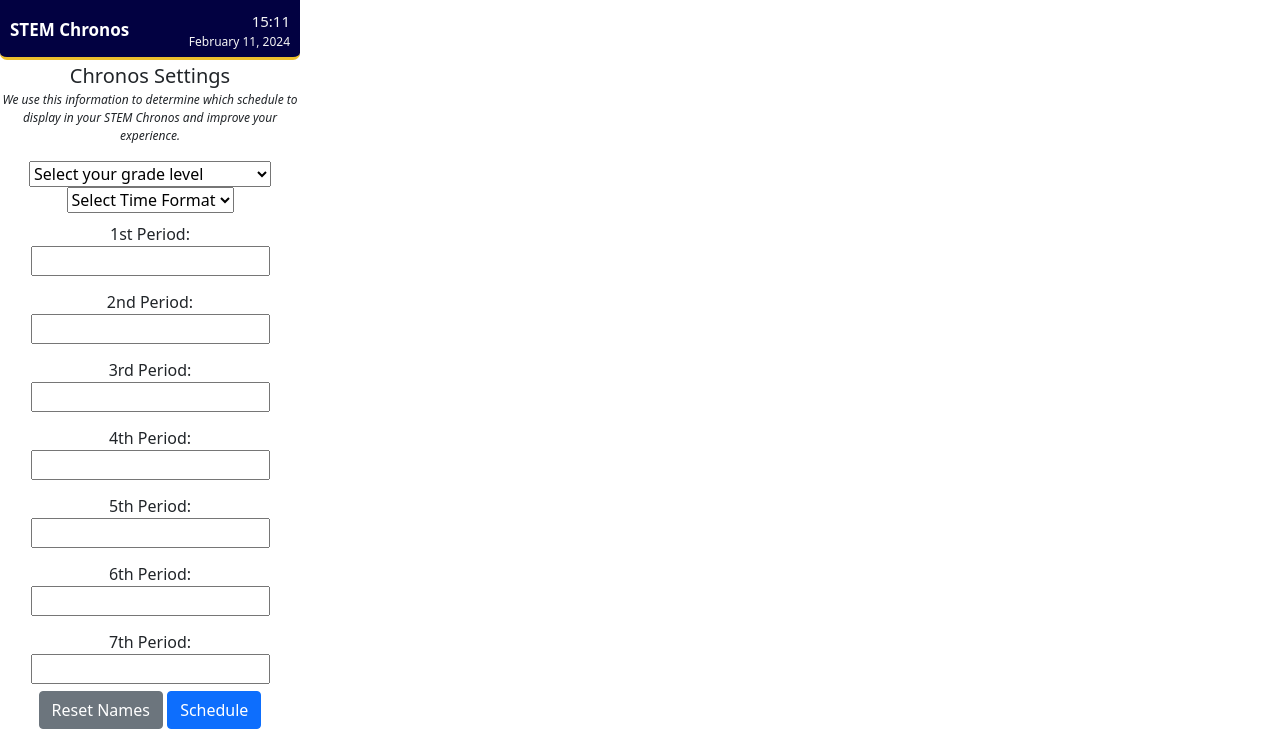
Repository: EvanHughes-dev/StemChronos
Page: StemChronos2.0/Settings/Settings.html
An editor plug-in stored every save of this project. The page is shown before and after the next save, followed by the edit.
The browser window is 1280 px wide. The pictures show the whole page.

Above is the page before, as saved 2024-04-23 15:49:37.
Console error: TypeError: Cannot read properties of null (reading 'addEventListener')

After the next save:
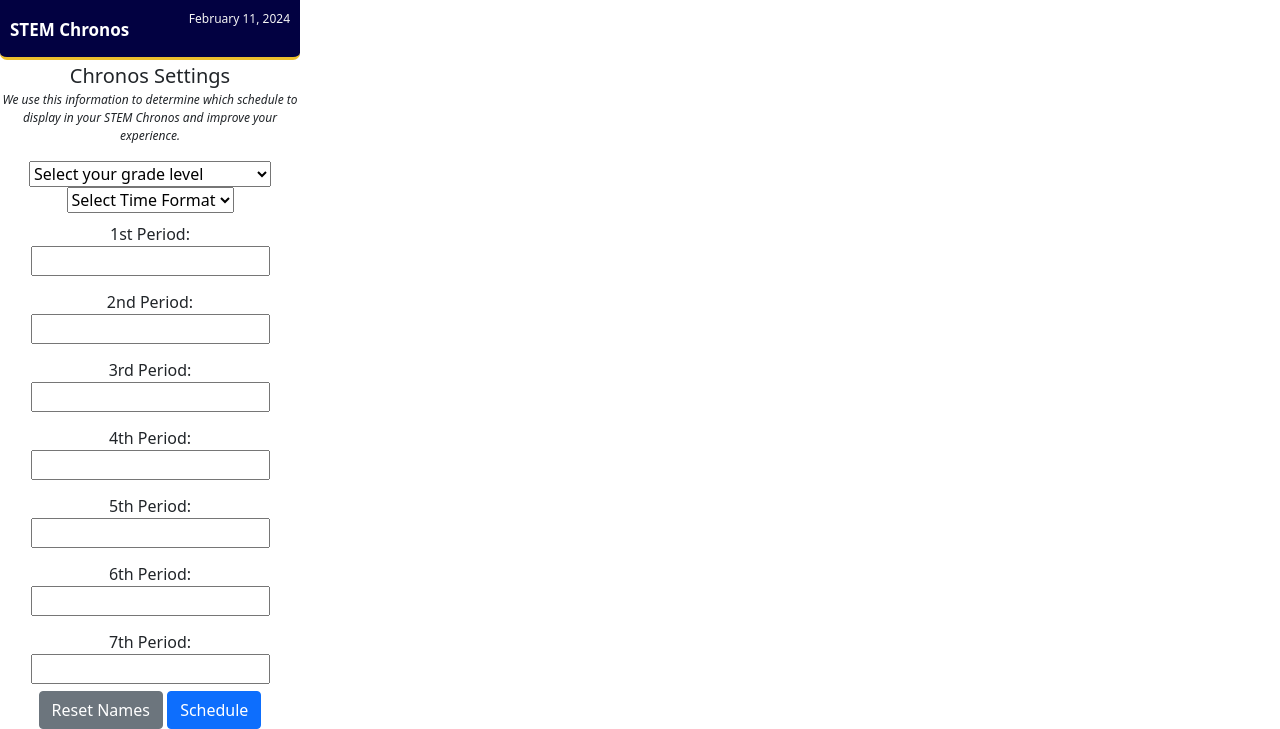
Console error: ReferenceError: AM_PM is not defined
Saved 4 min 27 s later.
--- a/StemChronos2.0/Settings/Settings.js
+++ b/StemChronos2.0/Settings/Settings.js
@@ -131,12 +131,13 @@
   document.getElementById("CurrentDate").innerHTML =
     AllMonths[month] + " " + day + ", " + year; //set the day month, year display
 
-  if (minutes < 10) {
-    //If minutes is less than 10
-    document.getElementById("CurrentTime").innerHTML = hour + ":0" + minutes; //add a zero before minutes to maintain format
-  } else {
-    document.getElementById("CurrentTime").innerHTML = hour + ":" + minutes; //just a the minutes
-  }
+  if (TimeMode === null || TimeMode === "12Hour") {
+    if (hour > 12) hour -= 12;
+    else if (hour === 0) hour = 12;
+  }
+  minutes = (minutes < 10 ? "0" : "") + minutes; // Add leading zero if minutes < 10
+  document.getElementById("CurrentTime").innerHTML =
+    hour + ":" + minutes + " " + AM_PM;
 }
 
 function SavePeriodNames(value) {

After the save that followed:
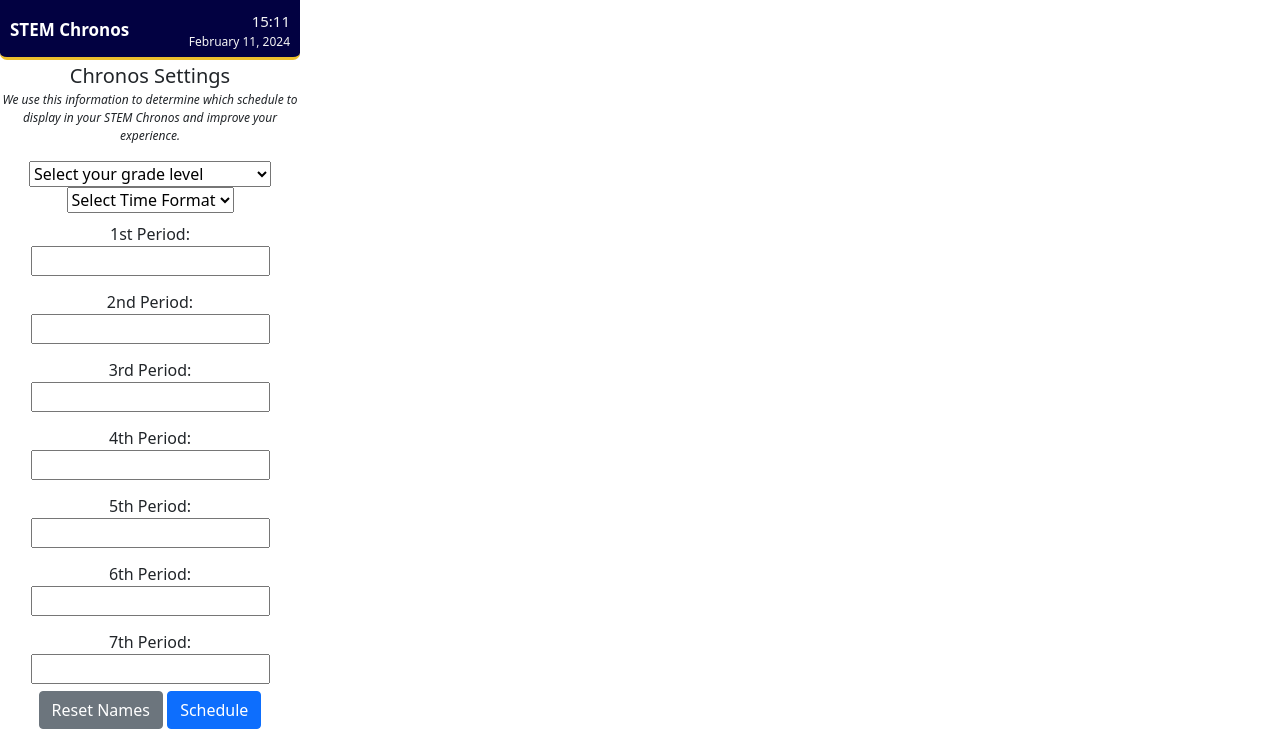
Console error: TypeError: Cannot read properties of null (reading 'addEventListener')
Saved 20 s later.
--- a/StemChronos2.0/Settings/Settings.js
+++ b/StemChronos2.0/Settings/Settings.js
@@ -131,13 +131,12 @@
   document.getElementById("CurrentDate").innerHTML =
     AllMonths[month] + " " + day + ", " + year; //set the day month, year display
 
-  if (TimeMode === null || TimeMode === "12Hour") {
-    if (hour > 12) hour -= 12;
-    else if (hour === 0) hour = 12;
-  }
-  minutes = (minutes < 10 ? "0" : "") + minutes; // Add leading zero if minutes < 10
-  document.getElementById("CurrentTime").innerHTML =
-    hour + ":" + minutes + " " + AM_PM;
+  if (minutes < 10) {
+    //If minutes is less than 10
+    document.getElementById("CurrentTime").innerHTML = hour + ":0" + minutes; //add a zero before minutes to maintain format
+  } else {
+    document.getElementById("CurrentTime").innerHTML = hour + ":" + minutes; //just a the minutes
+  }
 }
 
 function SavePeriodNames(value) {
